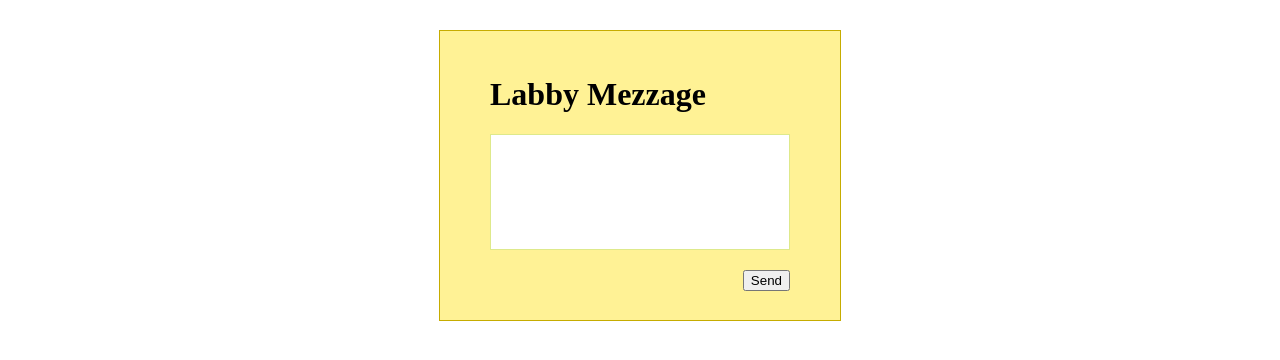
Repository: ml223nw/1dv403-laborationer
Page: 2-labbymezzage/index.html
The author's editor kept a record of every edit. The page is drawn from the files as they stood at one moment, then again after the next edit.
The browser window is 1280 px wide. The pictures show the whole page.

Above is the page before.

After the next edit:
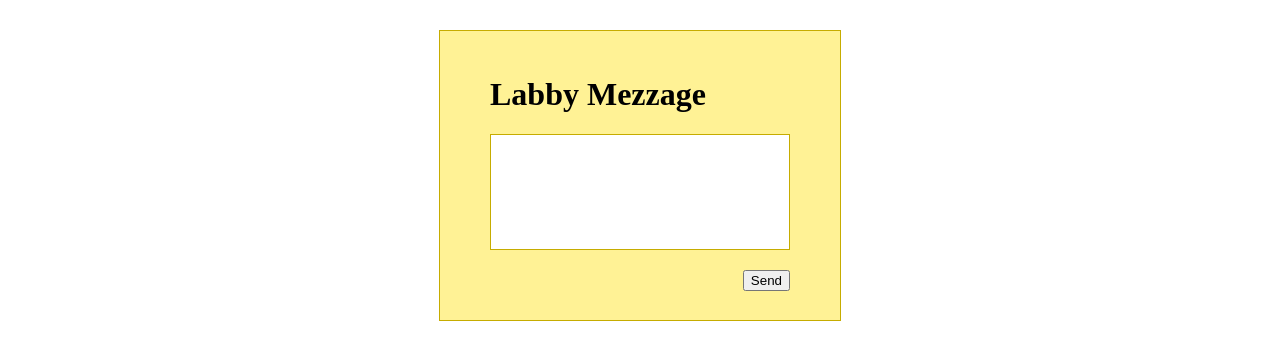
The edit:
--- a/2-labbymezzage/css/stylesheet.css
+++ b/2-labbymezzage/css/stylesheet.css
@@ -20,8 +20,9 @@
 }
 
 textarea {
+    max-width: none;
     resize: none;
-    border: 1px solid #DEE98B;
+    border: 1px solid #C6AC00;
 }
 
 #sendbutton {
